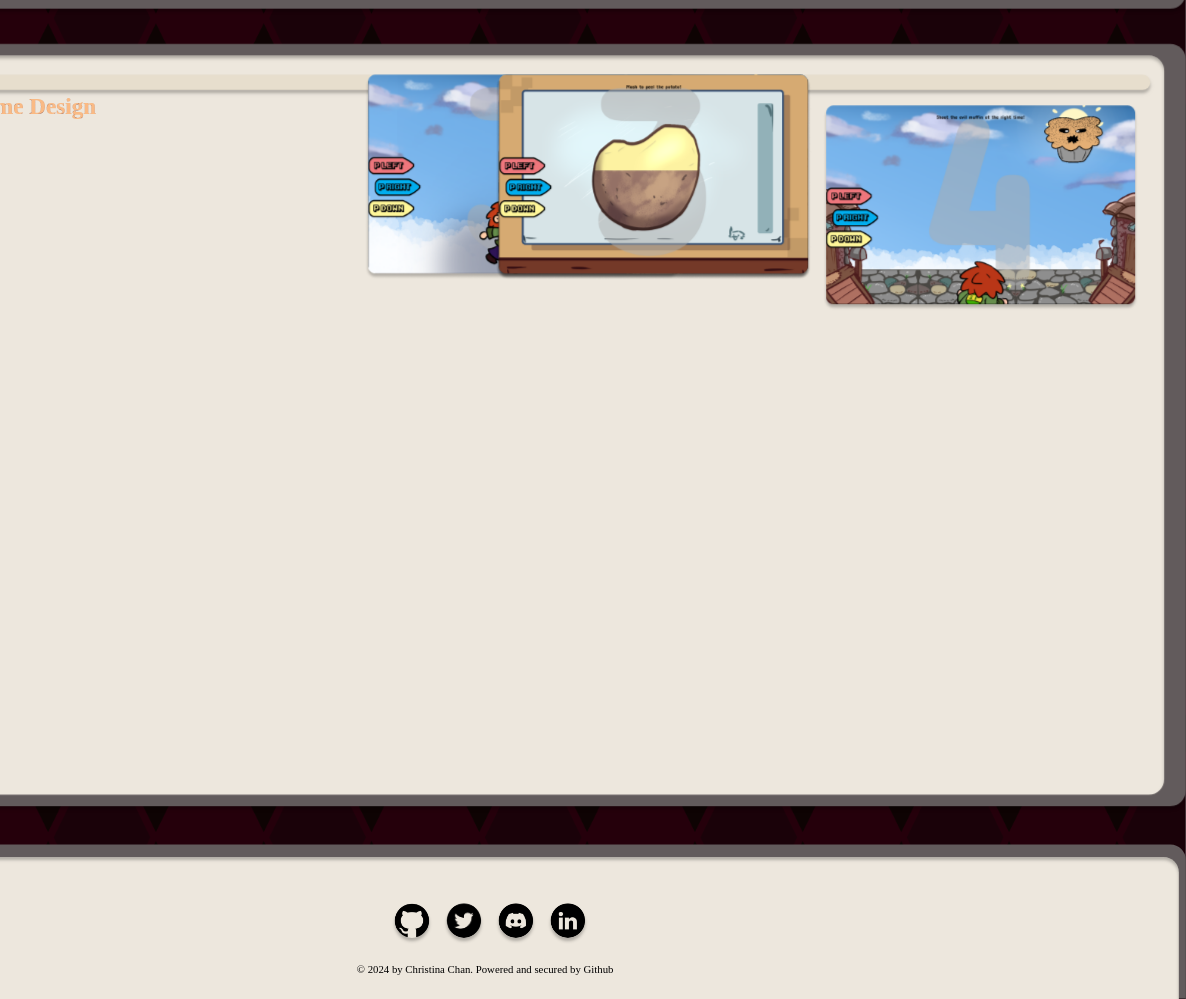
Repository: EMP-ChristinaC/Portfolio
Page: projects/potato-shuffle/potato.html
These files come from the project's save history. The page is drawn as it stood at one moment and after the next save; the edit follows.
The browser window is 1280 px wide. The page is 1540 px wide, so the pictures cover 1540 px, including what lies to the right of the window. The pictures show the part of the page from y = 2640 to 3938 px (the page is 3938 px tall), at 77% of full size.
Some web fonts or font styles are not loaded; a fallback is used.

Above is the page before, as saved 2024-12-09 14:08:49.

After the next save:
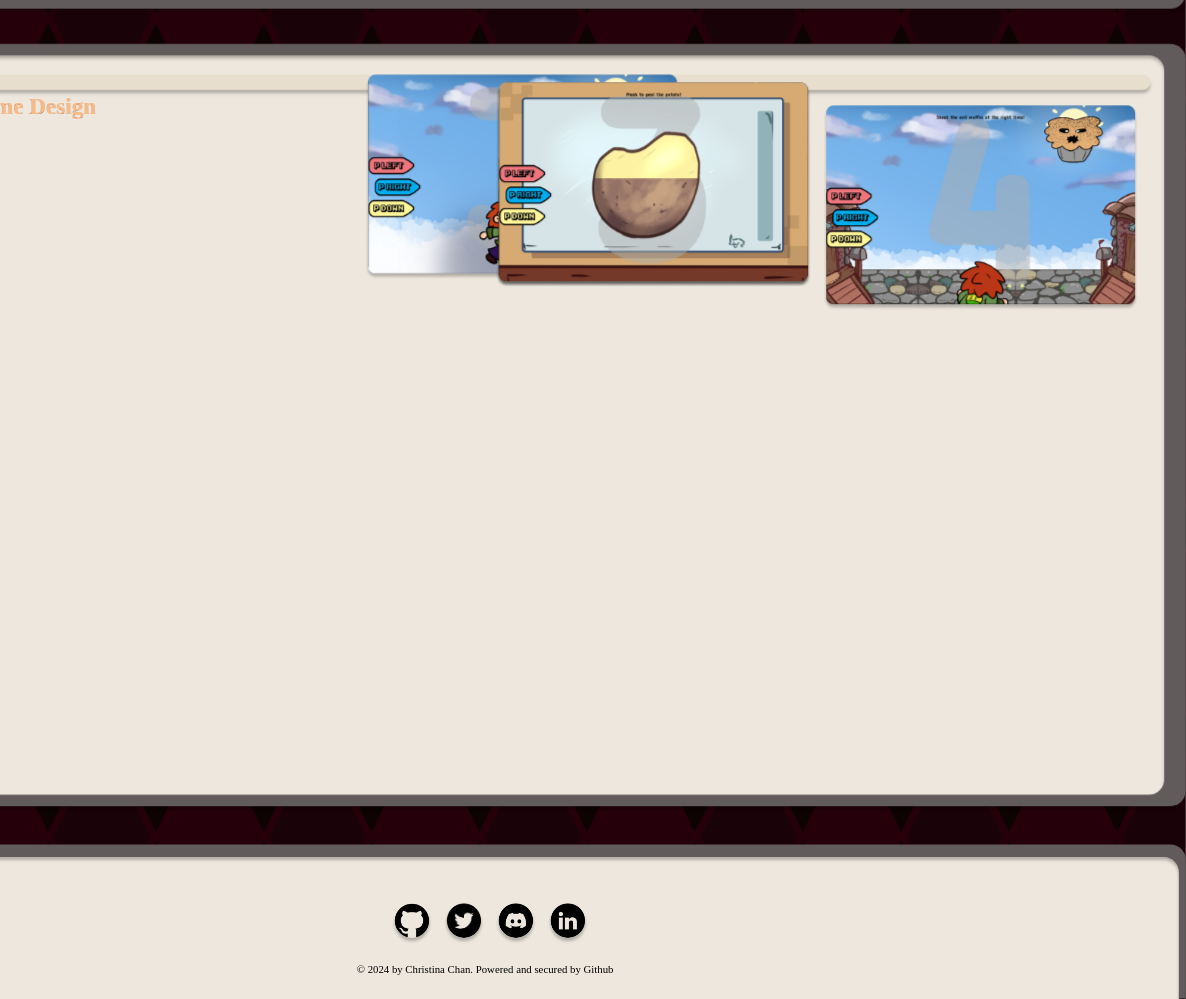
Saved 5 s later.
--- a/projects/potato-shuffle/potato.css
+++ b/projects/potato-shuffle/potato.css
@@ -561,7 +561,7 @@ footer.section p {
     width: 409px;
     height: 266px;
     position: absolute;
-    top: 0%;
+    top: 50%;
     left: 50%;
     /* transform: translate(-105%, 715%); */
 }
@@ -570,7 +570,7 @@ footer.section p {
     width: 409px;
     height: 266px;
     position: absolute;
-    top: 0%;
+    top: 50%;
     left: 50%;
     /* transform: translate(4%, 715%); */
 }
@@ -579,7 +579,7 @@ footer.section p {
     width: 409px;
     height: 266px;
     position: absolute;
-    top: 0%;
+    top: 50%;
     left: 50%;
     /* transform: translate(-105%, 820%); */
 }
